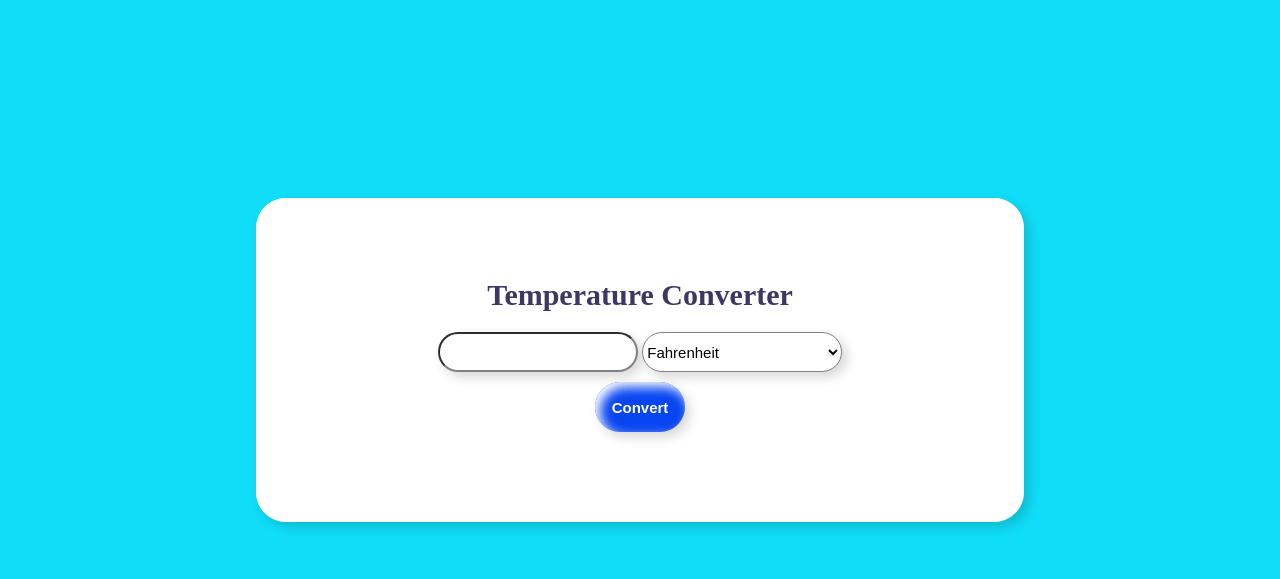
Repository: Mayur2905/OIBSIP
Page: Task-4/index.html
An editor plug-in stored every save of this project. The page is shown before and after the next save, followed by the edit.
The browser window is 1280 px wide. The pictures show the whole page.

Above is the page before, as saved 2022-02-04 00:00:49.

After the next save:
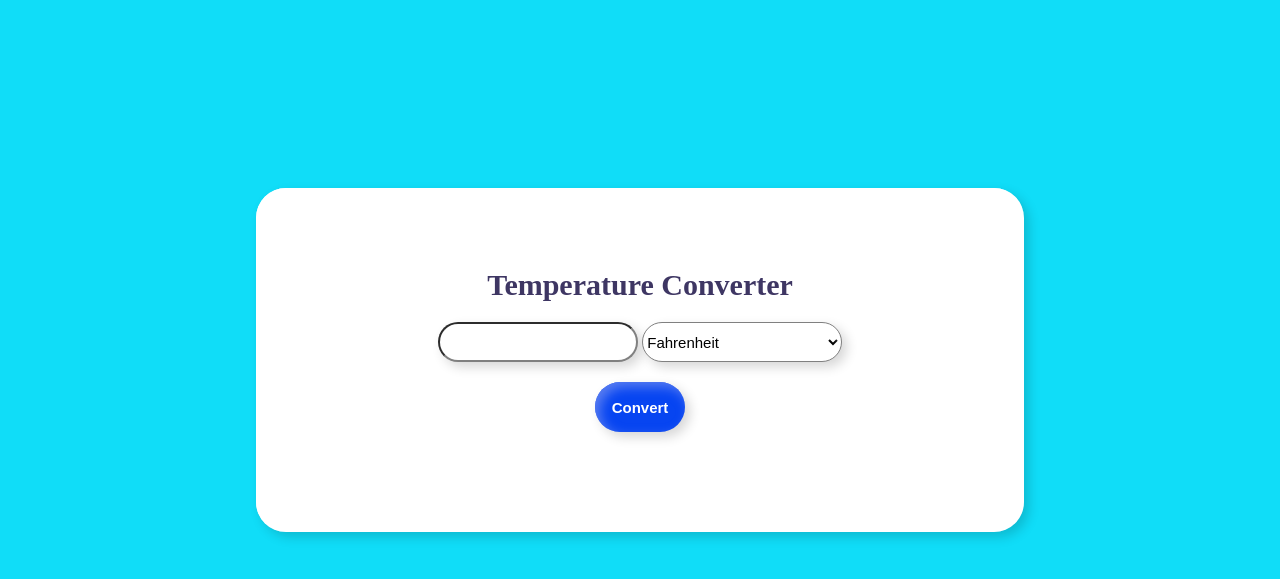
Saved 30 s later.
--- a/Task-4/style.css
+++ b/Task-4/style.css
@@ -64,9 +64,9 @@ label {
   font-size: 15px;
   color: white;
   border: none;
-  margin: 10px;
+  margin: 20px;
   border-radius: 30px;
-  box-shadow: inset 5px 5px 12px #ffffff, 5px 5px 12px rgba(0, 0, 0, 0.16);
+  box-shadow: inset 5px 5px 12px #597df1, 5px 5px 12px rgba(0, 0, 0, 0.16);
 }
 #result {
   font-size: 15px;
